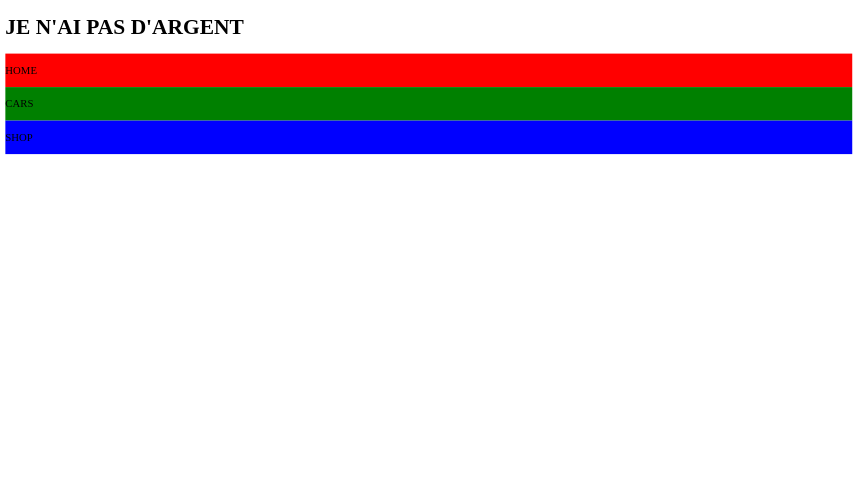
Repository: romgrm/jenaipasdevoiture
Page: src/main/java/fr/romgrm/index.html
An editor plug-in stored every save of this project. The page is shown before and after the next save, followed by the edit.
The browser window is 1280 px wide. The pictures show the whole page, at 67% of full size.

Above is the page before, as saved 2020-10-15 17:25:52.

After the next save:
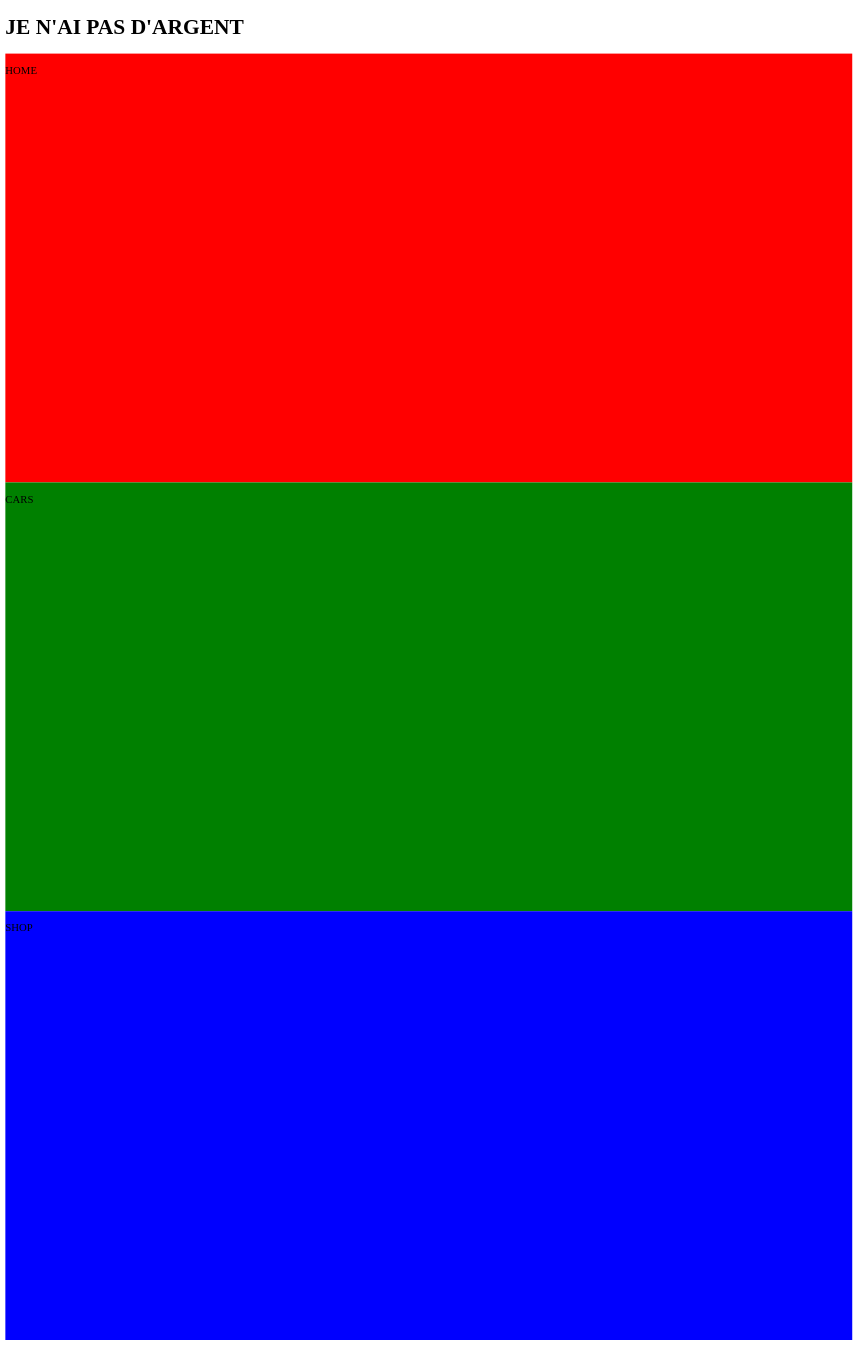
Saved 11 s later.
--- a/src/main/java/fr/romgrm/style.css
+++ b/src/main/java/fr/romgrm/style.css
@@ -6,7 +6,7 @@
 .Grid{
     display: grid;
     width: 100%;
-    height: 100%;
+    height: 1920px;
     margin: 0;
     padding: 0;
 }
